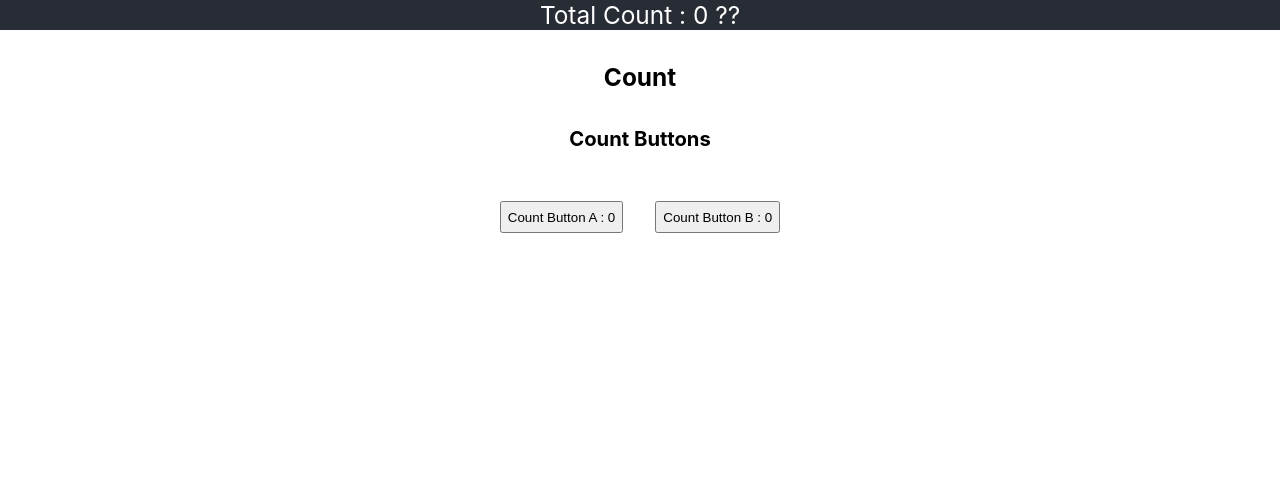
Repository: maitriyogin/jotai-meetup
Page: /
These files come from the project's save history. The page is drawn as it stood at one moment and after a run of saves; the edit follows.
The browser window is 1280 px wide. The pictures show the whole page.
The project was rebuilt for these pictures with package versions that can differ from the ones it lists, and the page was loaded fresh each time.

Above is the page before, as saved 2021-11-03 17:11:16.

After the next 4 saves:
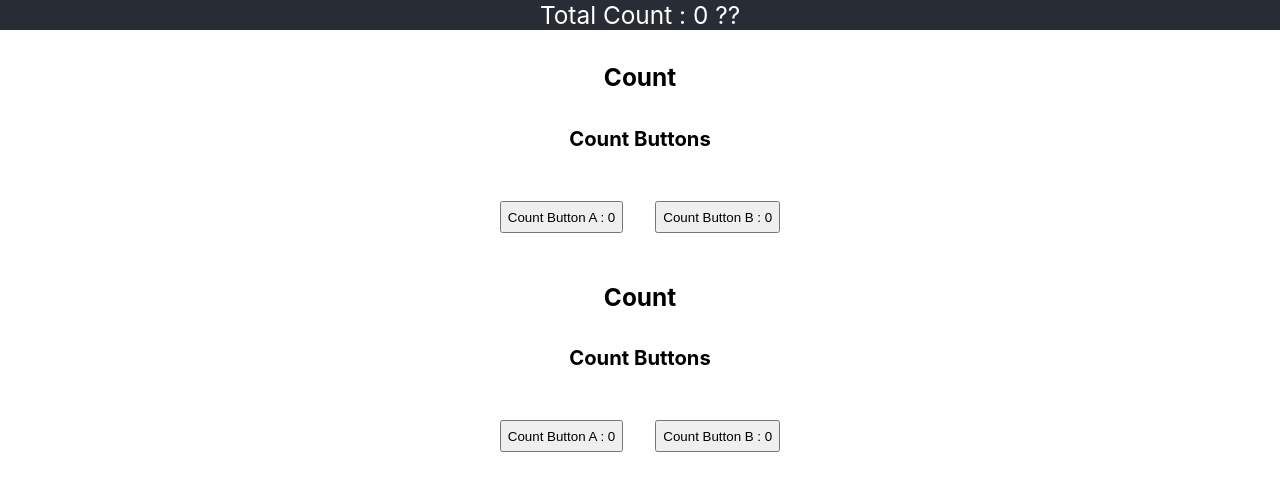
The 4 saves are shown as one change because 3 did not build or start.
The last was saved 69 s later.
--- a/src/App.js
+++ b/src/App.js
@@ -1,12 +1,14 @@
 import "./App.css";
 
 import { Count1 } from "./Count1";
+import { Count2 } from "./Count2";
 function App() {
   return (
     <div className="App">
       <header className="App-header">Total Count : {0} ??</header>
       <div className="Count-Container">
         <Count1 />
+        <Count2 />
       </div>
     </div>
   );
--- a/src/Count2.js
+++ b/src/Count2.js
@@ -1,7 +1,7 @@
 import React, { useState } from "react";
 import { CountButton } from "./CountButton";
-export const Count1 = () => {
-  const [count, setCount] = useState({ a: 0, b0 });
+export const Count2 = () => {
+  const [count, setCount] = useState({ a: 0, b: 0 });
   return (
     <div>
       <h4>Count</h4>
